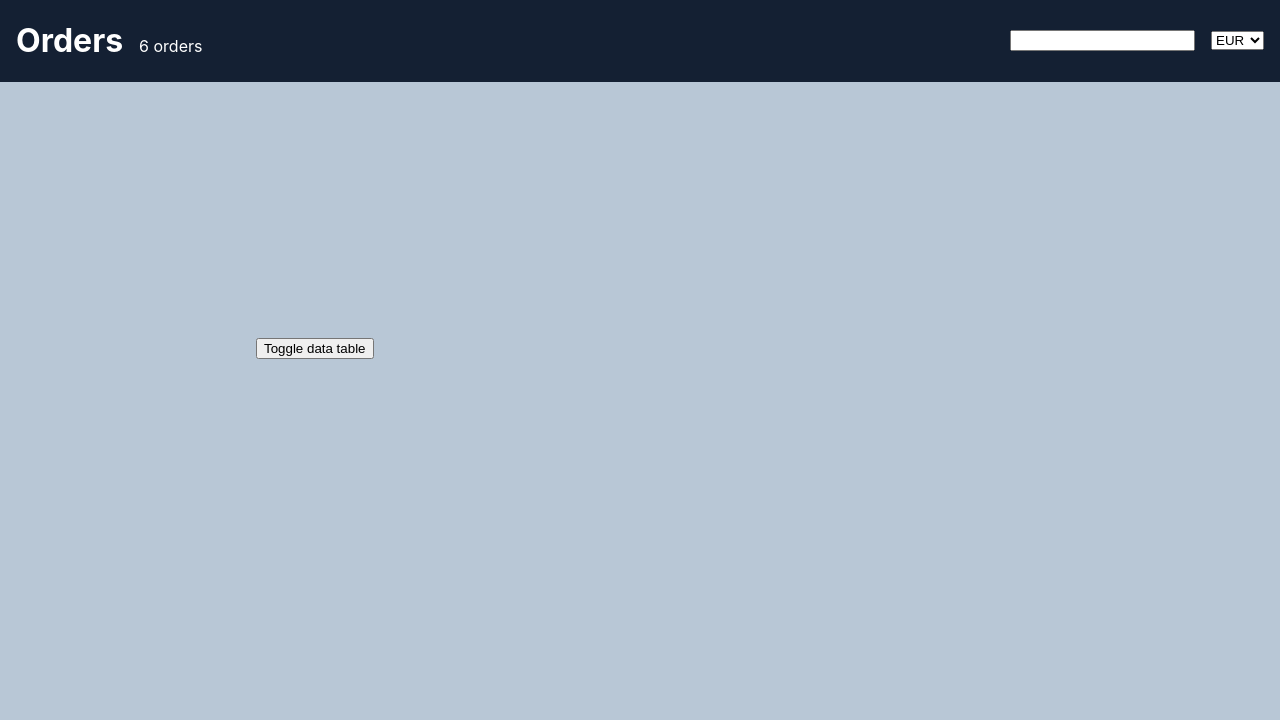
Repository: PreetiToppo/Assignment_Question_1
Page: /
The author's editor kept a copy of each file at every save. The page is drawn from the files as they stood at one save, then again after the next save.
The browser window is 1280 px wide. The pictures show the whole page.
The project was rebuilt for these pictures with package versions that can differ from the ones it lists, and the page was loaded fresh each time. Also part of the build but not shown: src/component/list/ListRow.module.css, src/component/list/ListRow.jsx, src/component/list/ListRowCell.module.css, src/component/list/ListRowCell.jsx, src/component/list/ListHeader.jsx, src/component/list/ListHeaderCell.module.css, src/component/list/ListHeaderCell.jsx, src/component/list/List.module.css and 4 more.

Above is the page before, as saved 2023-08-06 14:48:10.

After the next save:
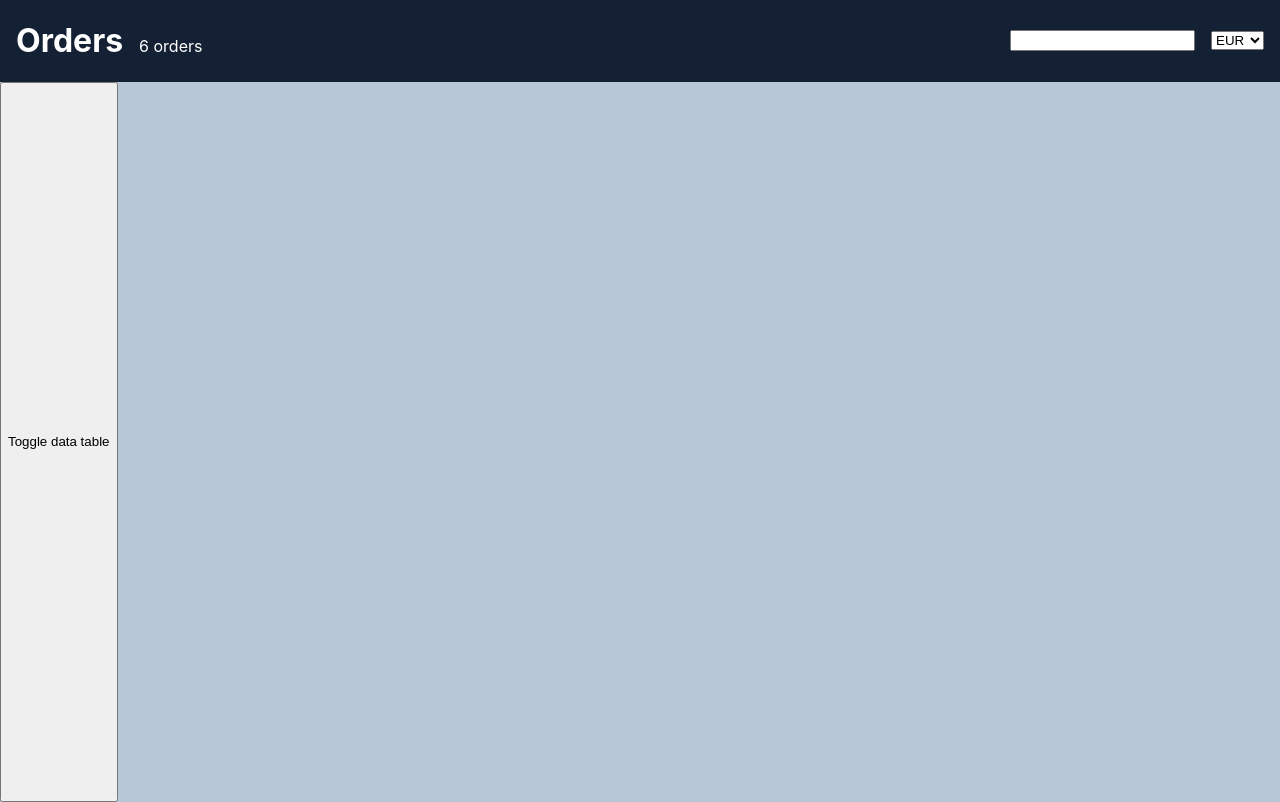
Saved 32 s later.
--- a/src/pages/Dashboard.module.css
+++ b/src/pages/Dashboard.module.css
@@ -31,5 +31,5 @@
   display: flex;
   justify-content: center;
   align-items: center;
-  margin: 20% 20%;
+  height: 100vh;
 }
